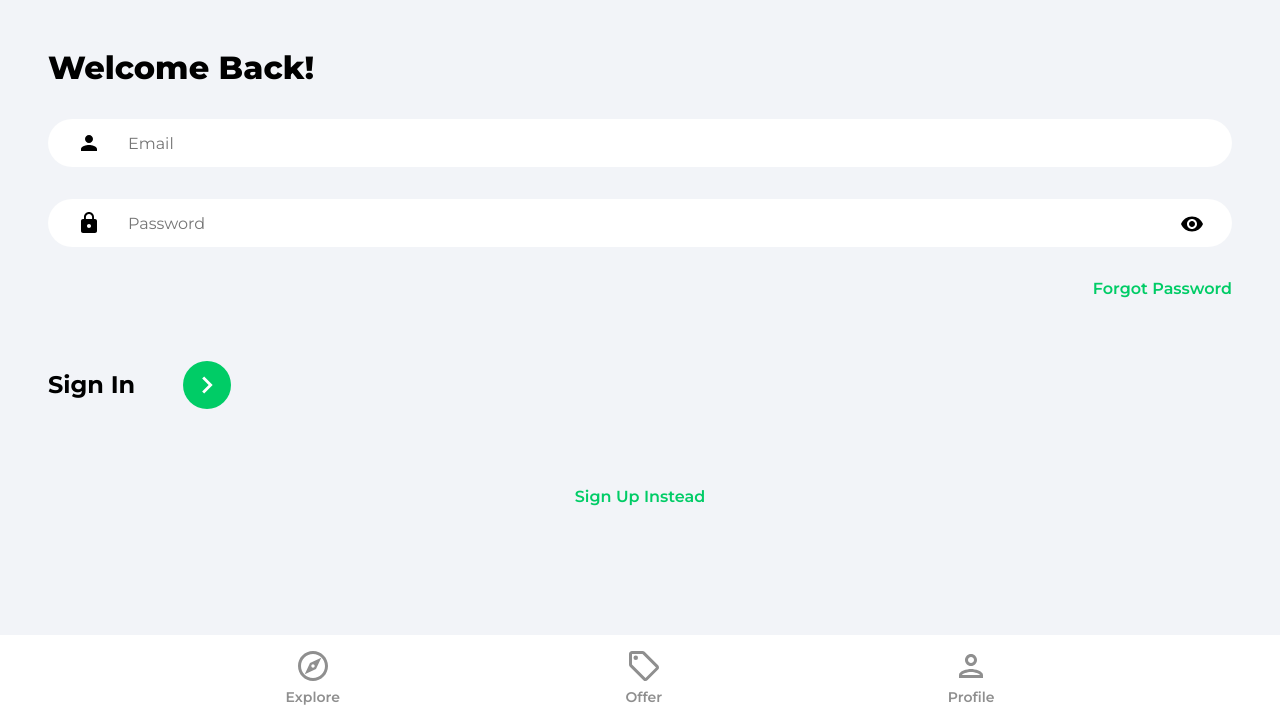
Repository: harvir619/Real-Estate-Market-App
Page: /sign-in
An editor plug-in stored every save of this project. The page is shown before and after the next save, followed by the edit.
The browser window is 1280 px wide. The pictures show the whole page.
The page's requests for data from a server got no answer. The project was rebuilt for these pictures with package versions that can differ from the ones it lists, and the page was loaded fresh each time. No one was signed in, and anything a server would have sent is missing. Also part of the build but not shown: vite.config.js, src/pages/Explore.jsx, src/pages/Profile.jsx, src/pages/ForgotPassword.jsx, src/pages/Offers.jsx, src/pages/SignUp.jsx, src/hooks/useAuthStatus.jsx, src/components/Spinner.jsx and 1 more.

Above is the page before, as saved 2023-06-23 11:20:18.

After the next save:
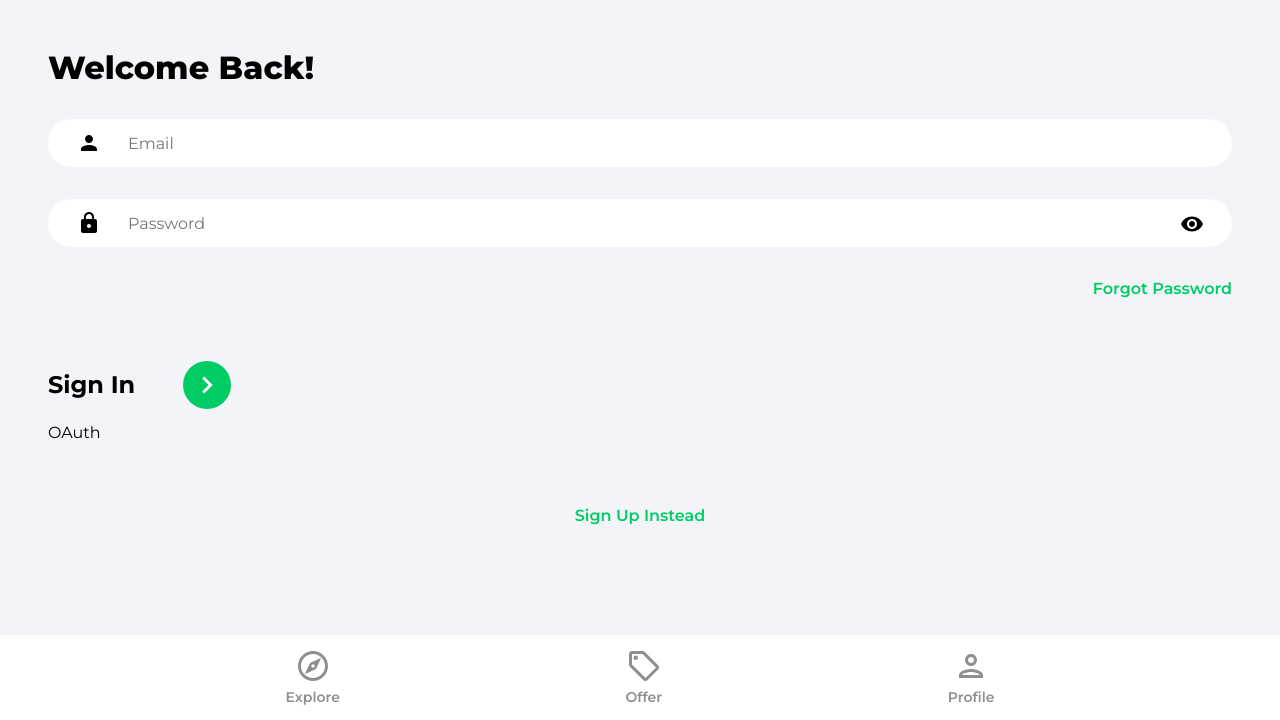
Saved 17 s later.
--- a/src/pages/SignIn.jsx
+++ b/src/pages/SignIn.jsx
@@ -4,6 +4,7 @@ import {ReactComponent as ArrowRightIcon} from '../assets/svg/keyboardArrowRight
 import visibilityIcon from '../assets/svg/visibilityIcon.svg'
 import { getAuth, signInWithEmailAndPassword } from 'firebase/auth'
 import {toast} from 'react-toastify'
+import OAuth from '../components/OAuth'
 
 function SignIn() {
   const [showPassword, setShowPassword] = useState(false)
@@ -89,7 +90,7 @@ function SignIn() {
 
         </form>
 
-        {/* Google OAuth */}
+        <OAuth/>
 
         <Link to='/sign-up' className='registerLink'>
           Sign Up Instead

After the 2 saves that followed:
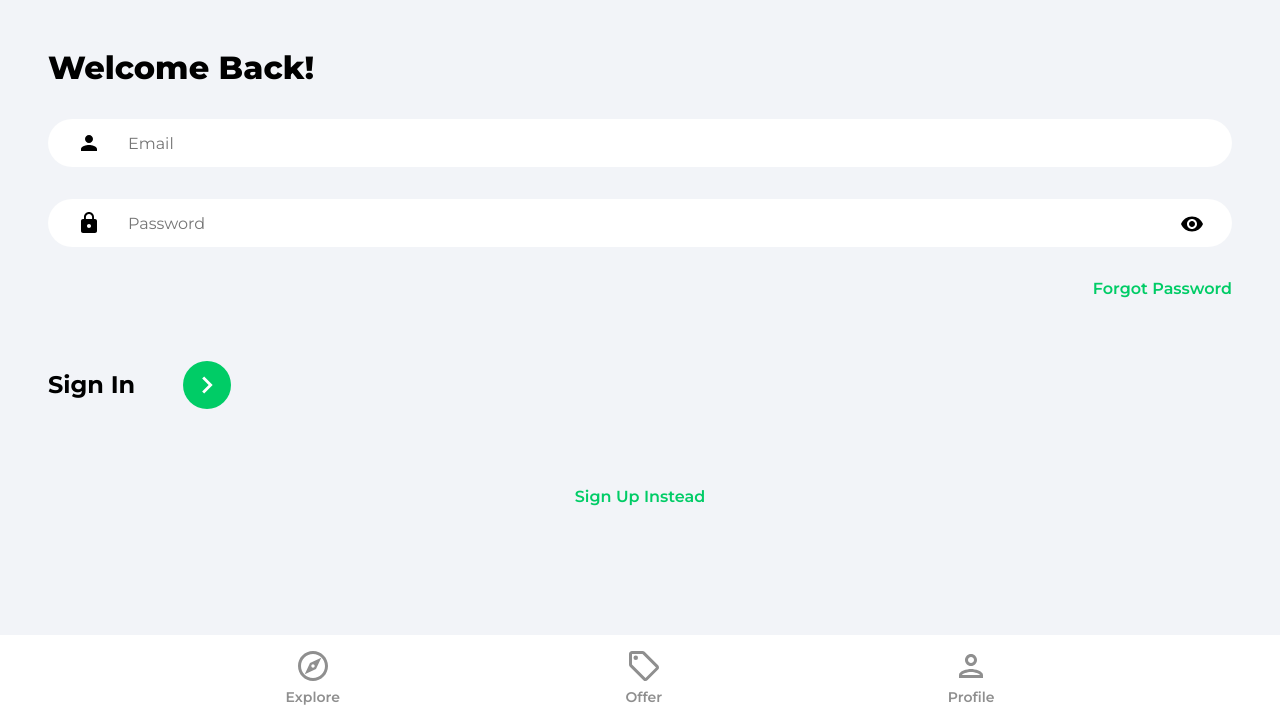
The 2 saves are shown as one change because 1 left the picture as it was.
The last was saved 6 min 1 s later.
--- a/src/components/OAuth.jsx
+++ b/src/components/OAuth.jsx
@@ -1,6 +1,16 @@
+import { useLocation, useNavigation } from 'react-router-dom'
+import { getAuth, signInWithPopup, GoogleAuthProvider } from 'firebase/auth'
+import { doc, setDoc, getDoc } from 'firebase/firestore'
+import { db } from '../firebase.config'
+import { toast } from 'react-toastify'
+import googleIcon from '../assets/svg/googleIcon.svg'
+
+
 function OAuth() {
   return (
-    <div>OAuth</div>
+      <div>
+          <googleIcon/>
+    </div>
   )
 }
 
